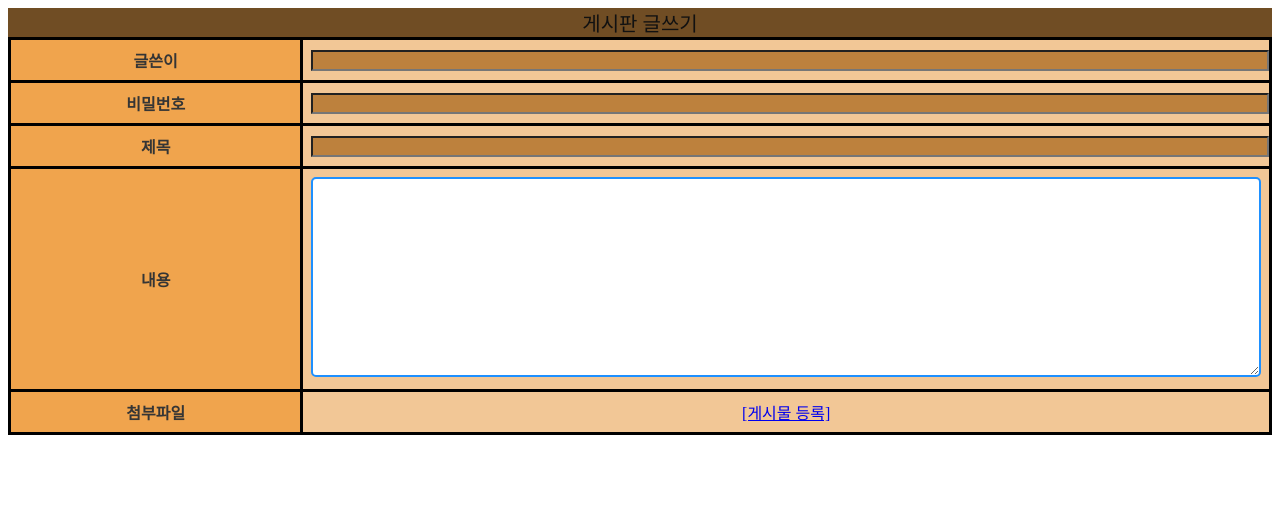
Repository: LucestDail/jdbcWorkspace
Page: http://localhost/jdbcProject/model1/board/writeForm.jsp
The author's editor kept a copy of each file at every save. The page is drawn from the files as they stood at one save, then again after the next save.
The browser window is 1280 px wide. The pictures show the whole page.
The page is served by Tomcat 9. Other server files are loaded and not shown.

Above is the page before, as saved 2020-11-20 04:59:03.

### jdbcProject/WebContent/model1/board/writeForm.jsp
<%@ page language="java" contentType="text/html; charset=EUC-KR"
    pageEncoding="EUC-KR"%>
<!DOCTYPE html>
<html>
<head>
<meta charset="EUC-KR">
<title>Insert title here</title>
<link rel = "stylesheet" href = "../../css/main.css">
<script type = "text/javascript">
	function inputcheck(){
		f = document.f;
		if(f.name.value == ""){
			alert("글쓴이를 입력하세요...");
			f.name.focus();
			return;
		}
		if(f.pass.value == ""){
			alert("비밀번호를 입력하세요");
			f.pass.focus();
			return;
		}
		if(f.subject.value == ""){
			alert("제목을 입력하세요");
			f.subject.focus();
			return;
		}
		if(f.content.value == ""){
			alert("내용을 입력하세요");
			f.content.focus();
			return;
		}
		f.submit();
	}
</script>
</head>
<body>
<form action = "write.jsp" method = "post" enctype = "multipart/form-data" name = "f">
	<table>
		<caption>게시판 글쓰기</caption>
		<tr>
			<th>
				글쓴이
			</th>
			<td>
				<input type = "text" name = "name">
			</td>
		</tr>
		<tr>
			<th>
				비밀번호
			</th>
			<td>
				<input type = "password" name = "pass">
			</td>
		</tr>
		<tr>
			<th>
				제목
			</th>
			<td>
				<input type = "text" name = "subject">
			</td>
		</tr>
		<tr>
			<th>
				내용
			</th>
			<td>
				<textarea rows = "15" name = "content"></textarea>
			</td>
		</tr>
		<tr>
			<th>
				첨부파일
			</th>
			<td colspan = "2">
				<a href = "javascript:inputcheck()">[게시물 등록]</a>
			</td>
		</tr>
	</table>
</form>
</body>
</html>

### jdbcProject/WebContent/css/main.css
@charset "EUC-KR";
table{
	width:100%;
	border-collapse: collapse;
}

th,td{
	border: 3px solid black;
	text-align:center;
	padding: 8px;
}
th{
	background-color: #F0A44D;
	color: #353535;
}
td{
	background-color: #F2C796;
}
caption{
	color:#111111;
	font-size: 20px;
	background-color: #704D24;
}
input[type=text], input[type=password]{
	width: 100%;
}
textarea {
	width: 100%;
	height: 200px;
	padding: 10px;
	box-sizing: border-box;
	border: solid 2px #1E90FF;
	border-radius: 5px;
	font-size: 16px;
	resize: both;
}

input{
	background-color: #BD813D;
}

After the next save:
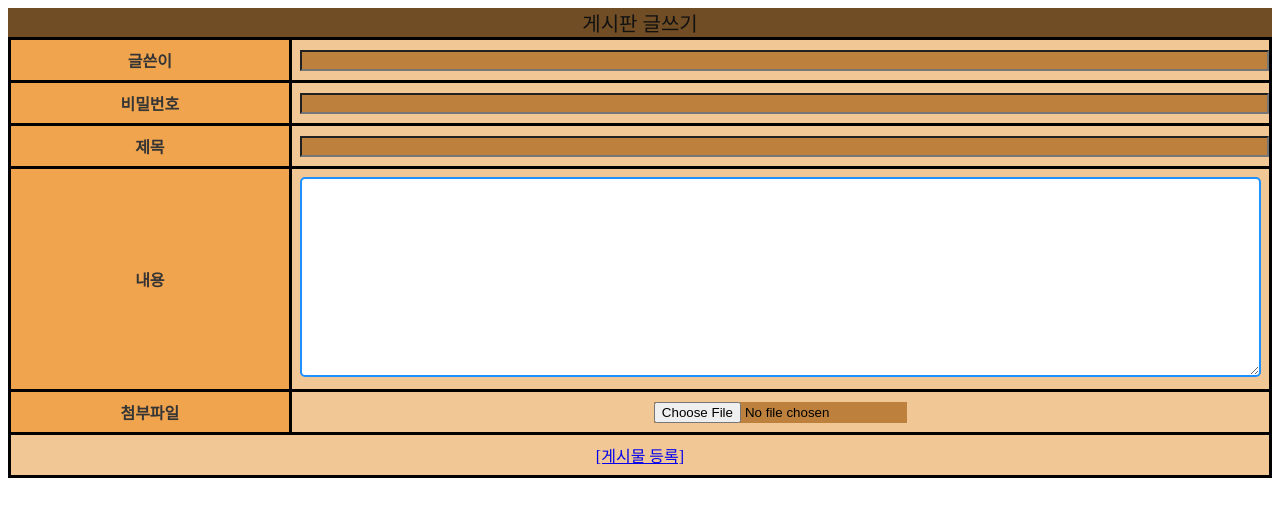
Saved 102 s later.
--- a/jdbcProject/WebContent/model1/board/writeForm.jsp
+++ b/jdbcProject/WebContent/model1/board/writeForm.jsp
@@ -73,6 +73,11 @@
 			<th>
 				첨부파일
 			</th>
+			<td>
+				<input type = "file" name = "file1">
+			</td>
+		</tr>
+		<tr>
 			<td colspan = "2">
 				<a href = "javascript:inputcheck()">[게시물 등록]</a>
 			</td>
